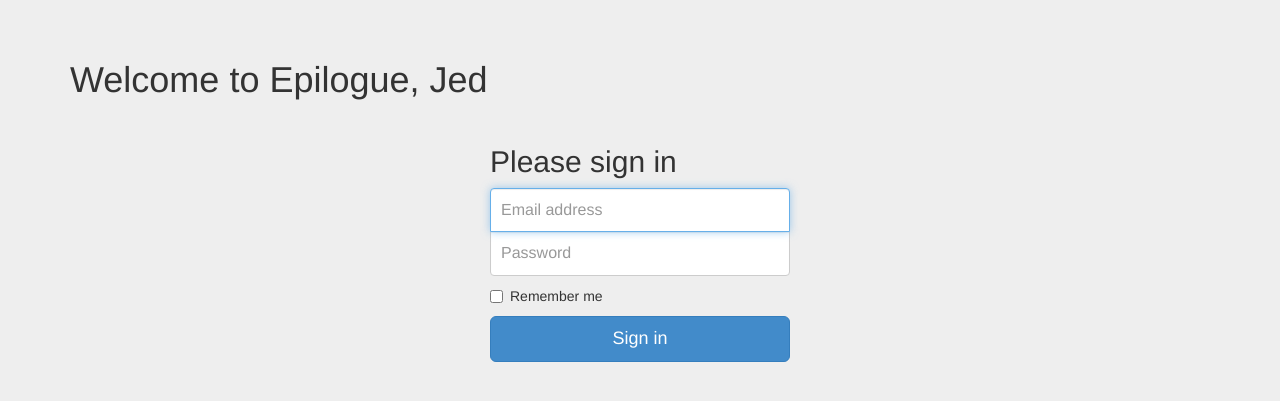
Repository: gpai/epilogue
Page: http://localhost/home.phtml
The author's editor kept a copy of each file at every save. The page is drawn from the files as they stood at one save, then again after the next save.
The browser window is 1280 px wide. The pictures show the whole page.
The page is run by PHP 8.4 with error messages shown; the project is at /var/www/html/.

Above is the page before, as saved 2013-10-30 22:15:50.

After the next save:
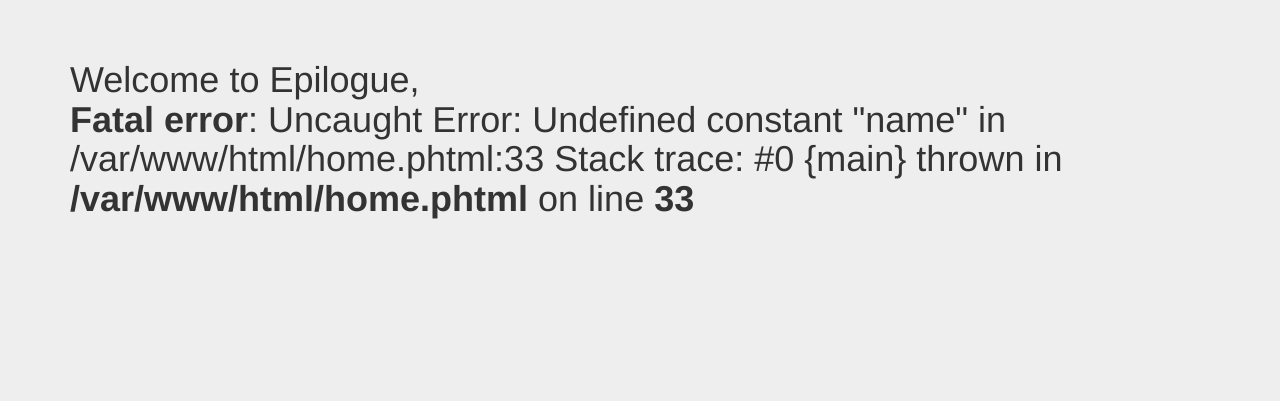
Saved 52 s later.
--- a/sandbox/grace/TestEpilogue/Test/home.phtml
+++ b/sandbox/grace/TestEpilogue/Test/home.phtml
@@ -30,7 +30,7 @@
   <body>
 
     <div class="container">
-	<h1>Welcome to Epilogue, Jed</h1>
+	<h1>Welcome to Epilogue, <?php name ?></h1>
       <form class="form-signin">
         <h2 class="form-signin-heading">Please sign in</h2>
         <input type="text" class="form-control" placeholder="Email address" required autofocus>

After the save that followed:
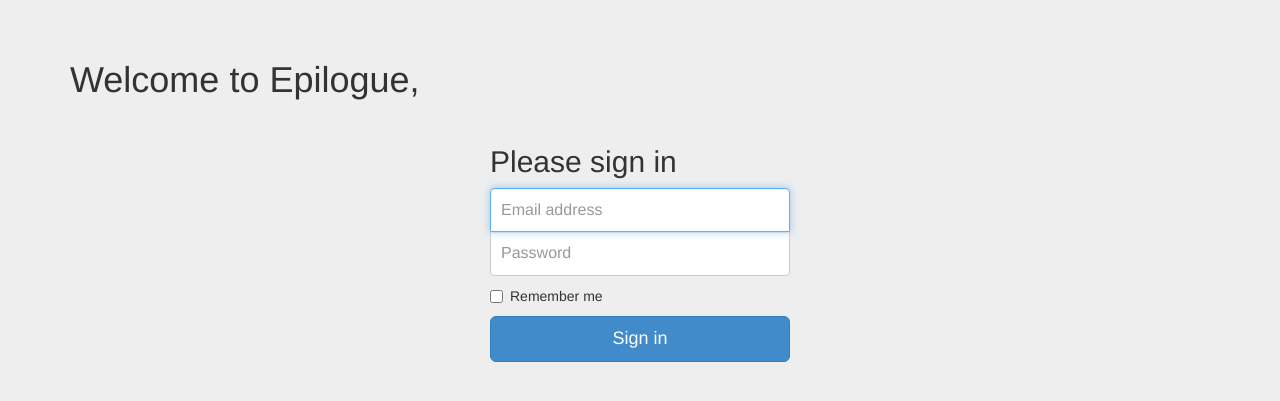
Saved 8 s later.
--- a/sandbox/grace/TestEpilogue/Test/home.phtml
+++ b/sandbox/grace/TestEpilogue/Test/home.phtml
@@ -30,7 +30,7 @@
   <body>
 
     <div class="container">
-	<h1>Welcome to Epilogue, <?php name ?></h1>
+	<h1>Welcome to Epilogue, <?php $name ?></h1>
       <form class="form-signin">
         <h2 class="form-signin-heading">Please sign in</h2>
         <input type="text" class="form-control" placeholder="Email address" required autofocus>
